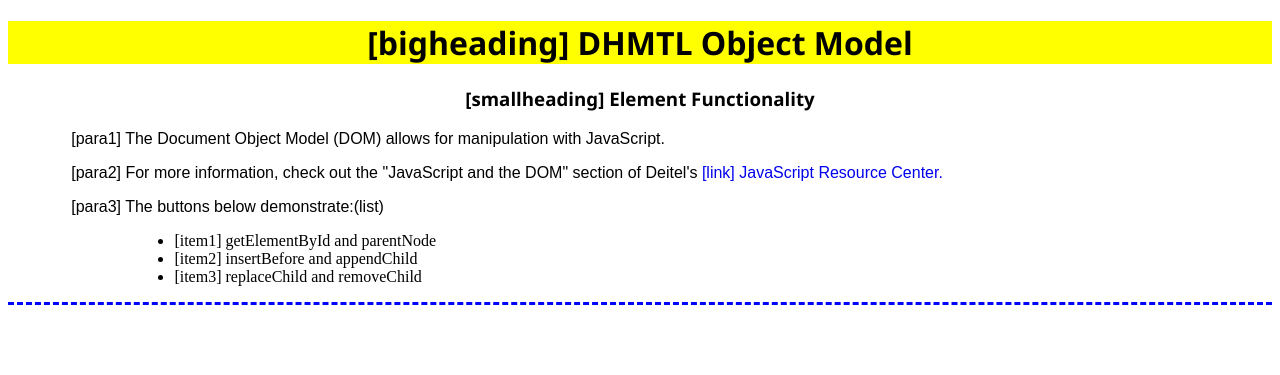
Repository: mlmEFSC21/P21-DOM-html
Page: dom.html
These files come from the project's save history. The page is drawn as it stood at one moment and after the next save; the edit follows.
The browser window is 1280 px wide. The pictures show the whole page.

Above is the page before, as saved 2022-04-13 14:49:18.

After the next save:
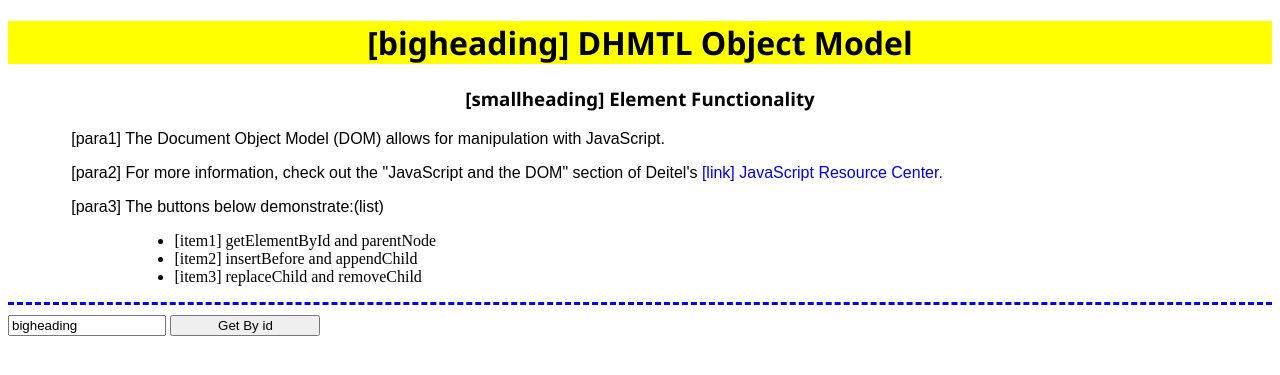
Saved 4 min 12 s later.
--- a/dom.html
+++ b/dom.html
@@ -27,7 +27,12 @@
             <li id="item3">[item3] replaceChild and removeChild</li>
         </ul>
         <div id="nav" class="nav">
-            <form onsubmit="return false" action="#"></form>
+            <form onsubmit="return false" action="#">
+                <p>
+                    <input type="text" value="bigheading" id="gbi" />
+                    <input type="button" value="Get By id" id="byIdButton" />
+                </p>
+            </form>
         </div>
     </body>
 </html>
